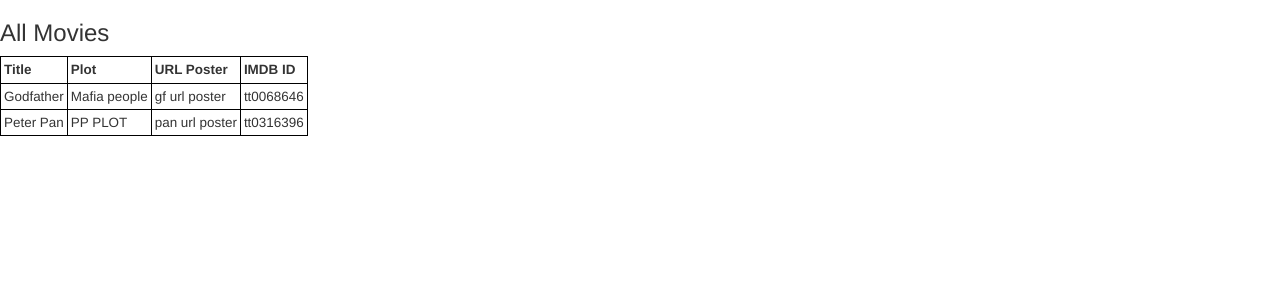
Repository: gitsana/JoseAnnunziato
Page: MyRestfulService/WebContent/movies.html
An editor plug-in stored every save of this project. The page is shown before and after the next save, followed by the edit.
The browser window is 1280 px wide. The pictures show the whole page.

Above is the page before, as saved 2015-10-02 01:38:38.

### MyRestfulService/WebContent/movies.html
<!DOCTYPE html>
<html>
<head>
<meta charset="UTF-8">
<title>All Movies</title>
<link rel="stylesheet" href="https://maxcdn.bootstrapcdn.com/bootstrap/3.3.5/css/bootstrap.min.css">
</head>
<style>
table,th,td {
	border: 1px solid black;
    border-collapse: collapse;
	font-size: .98em;
	padding: 3px;
}
</style>
<body>
<script src="jquery/jquery-1.11.3.js"></script>

<h3>All Movies</h3>
<table id="movietable">
	<tr>
		<th>Title</th>
		<th>Plot</th>
		<th>URL Poster</th>
		<th>IMDB ID</th>
	</tr>
</table>
<script type="text/javascript">
	$(document).ready(function() {
		var movie = [{ title: "Godfather", plot: "Mafia people", urlposter: "gf url poster", imdbid: "tt0068646" },
		              { title: "Peter Pan", plot: "PP PLOT", urlposter: "pan url poster", imdbid: "tt0316396" }];


		$.each(movie, function(key, value){
			$("#movietable").last().append("<tr><td>" + value.title + "</td><td>" + value.plot +
					"</td><td>" + value.urlposter + "</td><td>" + value.imdbid + "</td></tr>");
		});

	});

</script>

</body>
</html>

Loaded but not shown: MyRestfulService/WebContent/jquery/jquery-1.11.3.js (library)

After the next save:
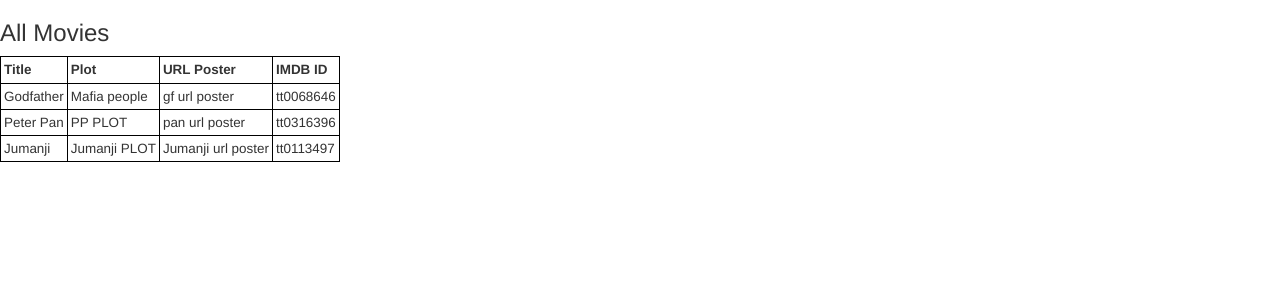
Saved 56 s later.
--- a/MyRestfulService/WebContent/movies.html
+++ b/MyRestfulService/WebContent/movies.html
@@ -28,7 +28,8 @@
 <script type="text/javascript">
 	$(document).ready(function() {
 		var movie = [{ title: "Godfather", plot: "Mafia people", urlposter: "gf url poster", imdbid: "tt0068646" },
-		              { title: "Peter Pan", plot: "PP PLOT", urlposter: "pan url poster", imdbid: "tt0316396" }];
+		              { title: "Peter Pan", plot: "PP PLOT", urlposter: "pan url poster", imdbid: "tt0316396" },
+		              { title: "Jumanji", plot: "Jumanji PLOT", urlposter: "Jumanji url poster", imdbid: "tt0113497" } ];
 
 
 		$.each(movie, function(key, value){
